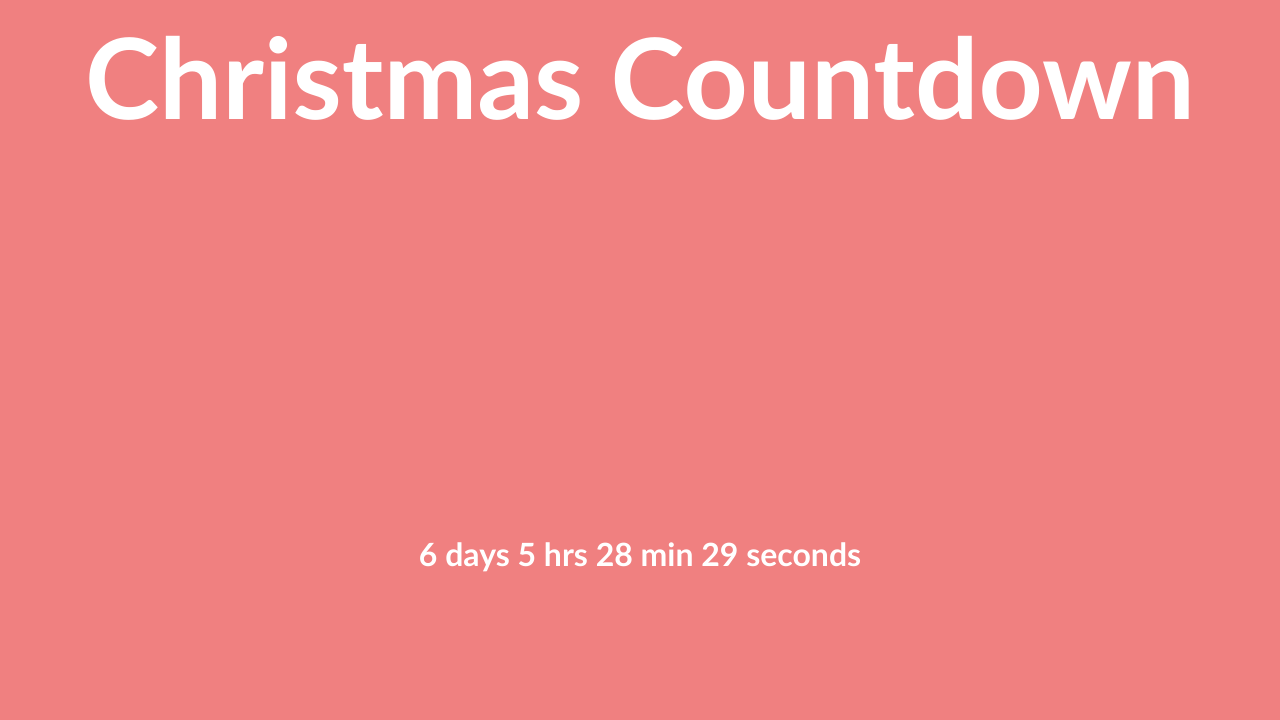
Repository: notMaximilian/countdown-timer
Page: index.html
These files come from the project's save history. The page is drawn as it stood at one moment and after a run of saves; the edit follows.
The browser window is 1280 px wide. The pictures show the whole page.

Above is the page before, as saved 2021-12-18 18:55:57.

After the next 2 saves:
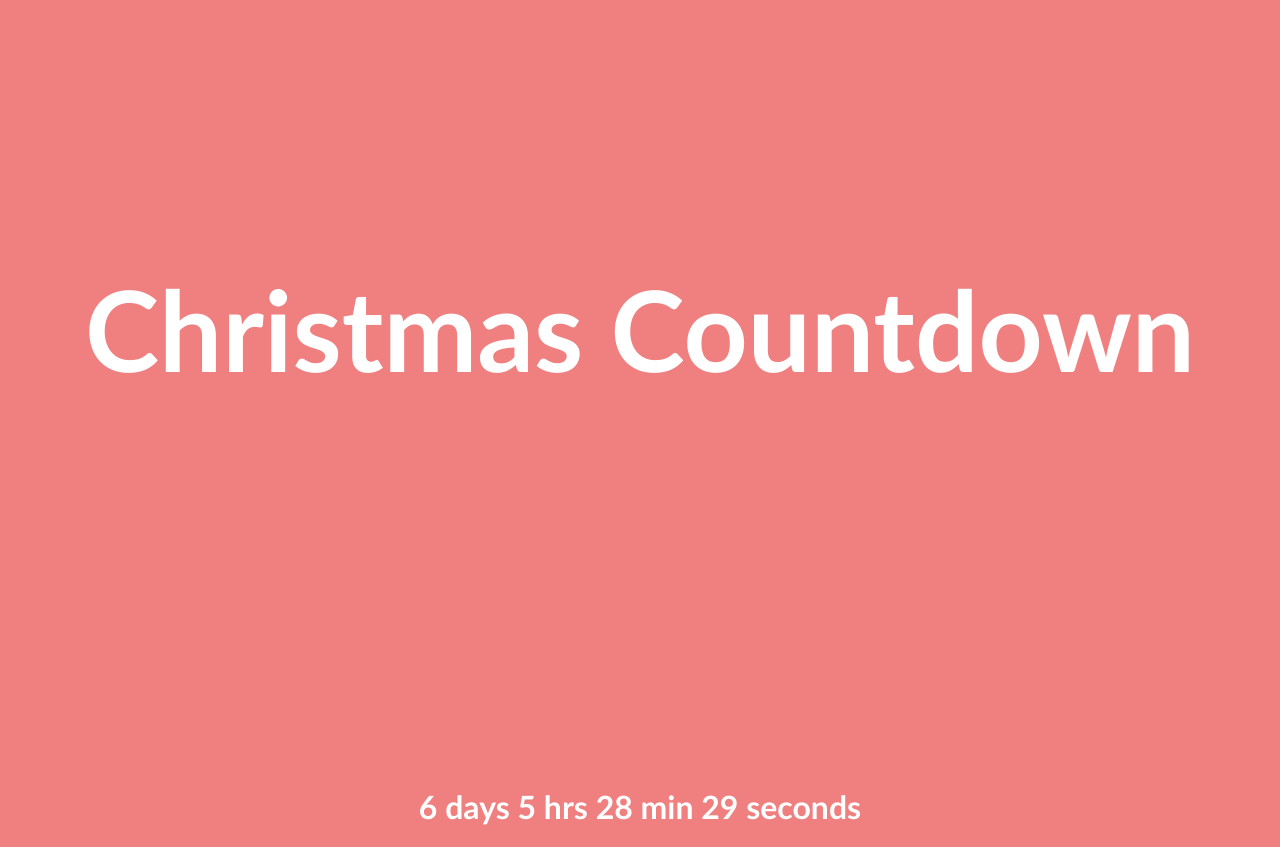
The 2 saves are shown as one change because they came seconds apart.
The last was saved 21 s later.
--- a/styles.css
+++ b/styles.css
@@ -10,5 +10,6 @@
 }
 
 #main-text{
+    padding-top: 20%;
     font-size: 700%;
 }

After the save that followed:
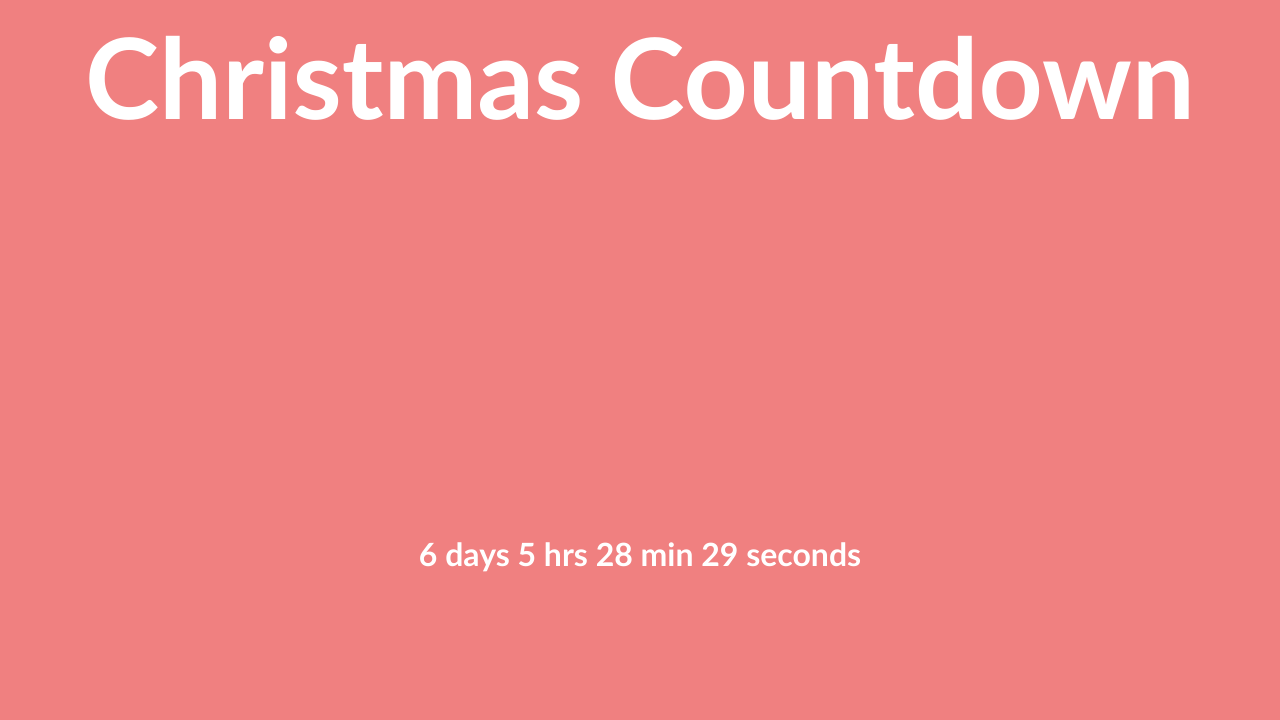
Saved 7 s later.
--- a/styles.css
+++ b/styles.css
@@ -10,6 +10,5 @@
 }
 
 #main-text{
-    padding-top: 20%;
     font-size: 700%;
 }
